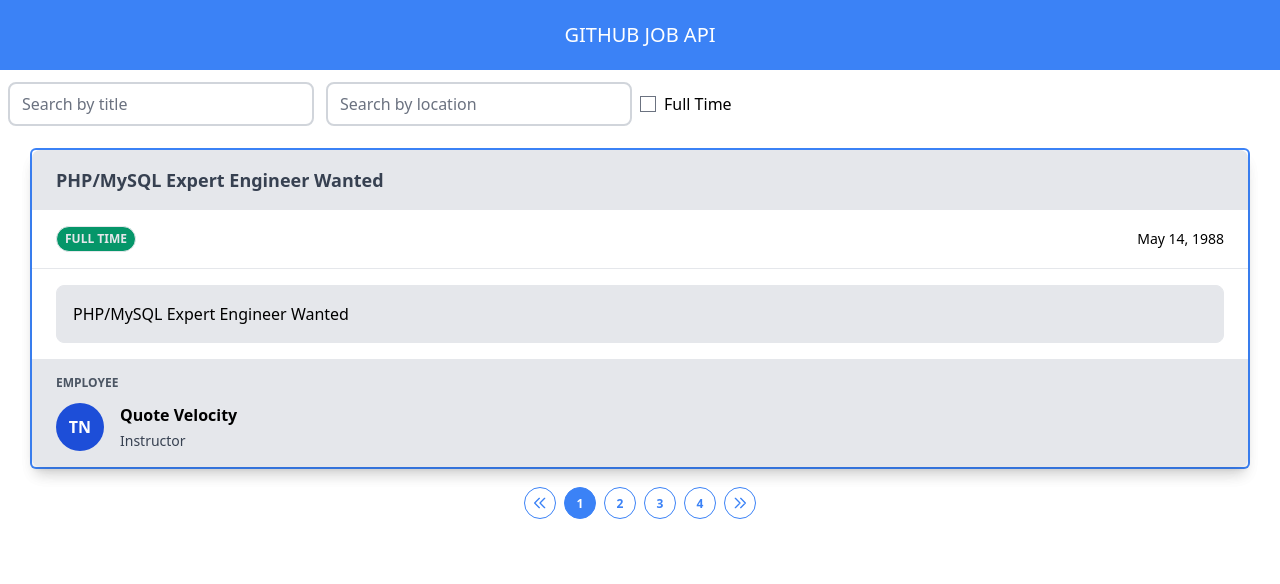
Repository: ShamroOoz/Github-job-api-React-Tailwind
Page: /
An editor plug-in stored every save of this project. The page is shown before and after the next save, followed by the edit.
The browser window is 1280 px wide. The pictures show the whole page.
The page's requests for data from a server got no answer. The project was rebuilt for these pictures with package versions that can differ from the ones it lists, and the page was loaded fresh each time. No one was signed in, and anything a server would have sent is missing. Also part of the build but not shown: craco.config.js, src/components/Spinner.js, src/components/Alert.js.

Above is the page before, as saved 2021-03-21 18:18:22.

### src/index.css
@tailwind base;
@tailwind components;
@tailwind utilities;

.text-style {
  @apply w-3/5 outline-none border-0 focus:ring-2 ring-indigo-600 border-2 border-gray-300 rounded-lg placeholder-gray-500 placeholder-opacity-100;
}

### src/App.js
import { useState } from "react";
import { useFetch } from "./components/Hooks/useFetch";
import NavBar from "./components/NavBar";
import SearchForm from "./components/SearchForm";
import Pagination from "./components/Pagination";
import Job from "./components/Reducer/Job";
import Spinner from "./components/Spinner";
import Alert from "./components/Alert";

function App() {
  const [params, setparam] = useState({});
  const [page, setpage] = useState(1);
  const { jobs, loading, error } = useFetch(params, page);

  const handleparamchange = (e) => {
    setpage(1);
    let param = e.target.name;
    let value = e.target.value;
    setparam((prevparams) => {
      return { ...prevparams, [param]: value };
    });
  };

  return (
    <>
      <NavBar />
      <SearchForm handleparamchange={handleparamchange} params={params} />
      {/* <div className="px-2">
        {loading && <Spinner />}
        {error && <Alert />}
        {jobs &&
          jobs.map((result, index) => <Job key={index} reult={result} />)}
      </div> */}
      <Job />
      <Pagination />
    </>
  );
}

export default App;

### src/components/Hooks/useFetch.js
import { useReducer, useEffect } from "react";
import axios from "axios";
import { reducer, ACTIONS } from "../Reducer/Reduce";

//
const { MAKE_REQUEST, GET_DATA, ERROR } = ACTIONS;
const BASE_URL =
  "https://secret-ocean-49799.herokuapp.com/https://jobs.github.com/positions.json";

const initialState = {
  jobs: [],
  loading: false,
  error: false,
};

export const useFetch = (params, page) => {
  const [state, dispatch] = useReducer(reducer, initialState);

  //useeffect hook to get data

  useEffect(() => {
    const cancelToken = axios.CancelToken.source();
    dispatch({ type: MAKE_REQUEST, payload: "" });
    axios
      .get(BASE_URL, {
        cancelToken: cancelToken.token,
        params: {
          markdown: true,
          page: page,
          ...params,
        },
      })
      .then((res) => {
        dispatch({ type: GET_DATA, payload: res.data });
        console.log(res.data);
      })
      .catch((err) => {
        if (axios.isCancel(err)) return;
        dispatch({ type: ERROR, payload: err });
      });
    //clean up
    return () => {
      cancelToken.cancel();
    };
  }, [page, params]);

  return state;
};

### src/components/NavBar.js
import React from "react";

const NavBar = () => {
  return (
    <nav className="relative flex flex-wrap items-center justify-center px-2 py-3 navbar-expand-lg bg-blue-500 ">
      <h2 className=" inline-block py-2 whitespace-no-wrap uppercase text-xl font-normal leading-normal  text-white">
        Github Job Api
      </h2>
    </nav>
  );
};

export default NavBar;

### src/components/SearchForm.js
import React from "react";

const SearchForm = ({ handleparamchange, params }) => {
  return (
    <form>
      <div className="grid grid-cols-2  ">
        <div className="py-3 px-2 flex space-x-3 ">
          <input
            className="text-style"
            type="text"
            placeholder={`Search by title `}
            name="description"
            value={params.description || ""}
            onChange={handleparamchange}
          />
          <input
            className="text-style"
            type="text"
            placeholder={`Search by location`}
            name="location"
            value={params.location || ""}
            onChange={handleparamchange}
          />
        </div>
        <div className="flex">
          <label className="flex items-center">
            <input
              type="checkbox"
              value={params.full_time || ""}
              onChange={handleparamchange}
            />
            <span className="ml-2">Full Time </span>
          </label>
        </div>
      </div>
    </form>
  );
};

export default SearchForm;

### src/components/Pagination.js
import React from "react";

const Pagination = () => {
  return (
    <nav className="block py-2 flex justify-center ">
      <ul className="flex pl-0 rounded list-none flex-wrap">
        <li>
          <a
            href="#pablo"
            className="first:ml-0 text-xs font-semibold flex w-8 h-8 mx-1 p-0 rounded-full items-center justify-center leading-tight relative border border-solid border-blue-500 bg-white text-blue-500"
          >
            <svg
              xmlns="http://www.w3.org/2000/svg"
              fill="none"
              viewBox="0 0 24 24"
              stroke="currentColor"
              className="w-4"
            >
              <path
                strokeLinecap="round"
                strokeLinejoin="round"
                strokeWidth="2"
                d="M11 19l-7-7 7-7m8 14l-7-7 7-7"
              />
            </svg>
          </a>
        </li>
        <li>
          <a
            href="#pablo"
            className="first:ml-0 text-xs font-semibold flex w-8 h-8 mx-1 p-0 rounded-full items-center justify-center leading-tight relative border border-solid border-blue-500 text-white bg-blue-500"
          >
            1
          </a>
        </li>
        <li>
          <a
            href="#pablo"
            className="first:ml-0 text-xs font-semibold flex w-8 h-8 mx-1 p-0 rounded-full items-center justify-center leading-tight relative border border-solid border-blue-500 bg-white text-blue-500"
          >
            2
          </a>
        </li>
        <li>
          <a
            href="#pablo"
            className="first:ml-0 text-xs font-semibold flex w-8 h-8 mx-1 p-0 rounded-full items-center justify-center leading-tight relative border border-solid border-blue-500 bg-white text-blue-500"
          >
            3
          </a>
        </li>
        <li>
          <a
            href="#pablo"
            className="first:ml-0 text-xs font-semibold flex w-8 h-8 mx-1 p-0 rounded-full items-center justify-center leading-tight relative border border-solid border-blue-500 bg-white text-blue-500"
          >
            4
          </a>
        </li>

        <li>
          <a
            href="#pablo"
            className="first:ml-0 text-xs font-semibold flex w-8 h-8 mx-1 p-0 rounded-full items-center justify-center leading-tight relative border border-solid border-blue-500 bg-white text-blue-500"
          >
            <svg
              xmlns="http://www.w3.org/2000/svg"
              fill="none"
              viewBox="0 0 24 24"
              stroke="currentColor"
              className="w-4"
            >
              <path
                strokeLinecap="round"
                strokeLinejoin="round"
                strokeWidth="2"
                d="M13 5l7 7-7 7M5 5l7 7-7 7"
              />
            </svg>
          </a>
        </li>
      </ul>
    </nav>
  );
};

export default Pagination;

### src/components/Reducer/Job.js
import React from "react";

const Job = (props) => {
  return (
    <div className="flex shadow-lg ring-2 ring-blue-500 mx-8 my-3 rounded">
      <div className="w-full flex flex-col bg-white shadow-lg rounded-lg overflow-hidden">
        <div className="bg-gray-200 text-gray-700 text-lg px-6 py-4 font-bold">
          PHP/MySQL Expert Engineer Wanted
        </div>

        <div className="flex justify-between items-center px-6 py-4">
          <div className="bg-green-600 text-xs uppercase px-2 py-1 rounded-full border border-gray-200 text-gray-200 font-bold">
            Full Time
          </div>
          <div className="text-sm">May 14, 1988</div>
        </div>

        <div className="px-6 py-4 border-t border-gray-200">
          <div className="border rounded-lg p-4 bg-gray-200">
            PHP/MySQL Expert Engineer Wanted
          </div>
        </div>

        <div className="bg-gray-200 px-6 py-4 flex">
          <div>
            <div className="uppercase text-xs text-gray-600 font-bold">
              Employee
            </div>
            <div className="flex items-center pt-3">
              <div className="bg-blue-700 w-12 h-12 flex justify-center items-center rounded-full uppercase font-bold text-white">
                TN
              </div>
              <div className="ml-4">
                <p className="font-bold">Quote Velocity</p>
                <p className="text-sm text-gray-700 mt-1">Instructor</p>
              </div>
            </div>
          </div>
        </div>
      </div>
    </div>
  );
};

export default Job;

### src/components/Reducer/Reduce.js
export const ACTIONS = {
  MAKE_REQUEST: "MAKE_REQUEST",
  GET_DATA: "GET_DATA",
  ERROR: "ERROR",
};

export const reducer = (state, action) => {
  switch (action.type) {
    case ACTIONS.MAKE_REQUEST:
      return { ...state, loading: true };
    case ACTIONS.GET_DATA:
      return {
        ...state,
        loading: false,
        jobs: action.payload,
      };
    case ACTIONS.ERROR:
      return { ...state, error: true };
    default:
      return state;
  }
};

Loaded but not shown: public/index.html (common file); src/index.js (common file); tailwind.config.js (common file)

After the next save:
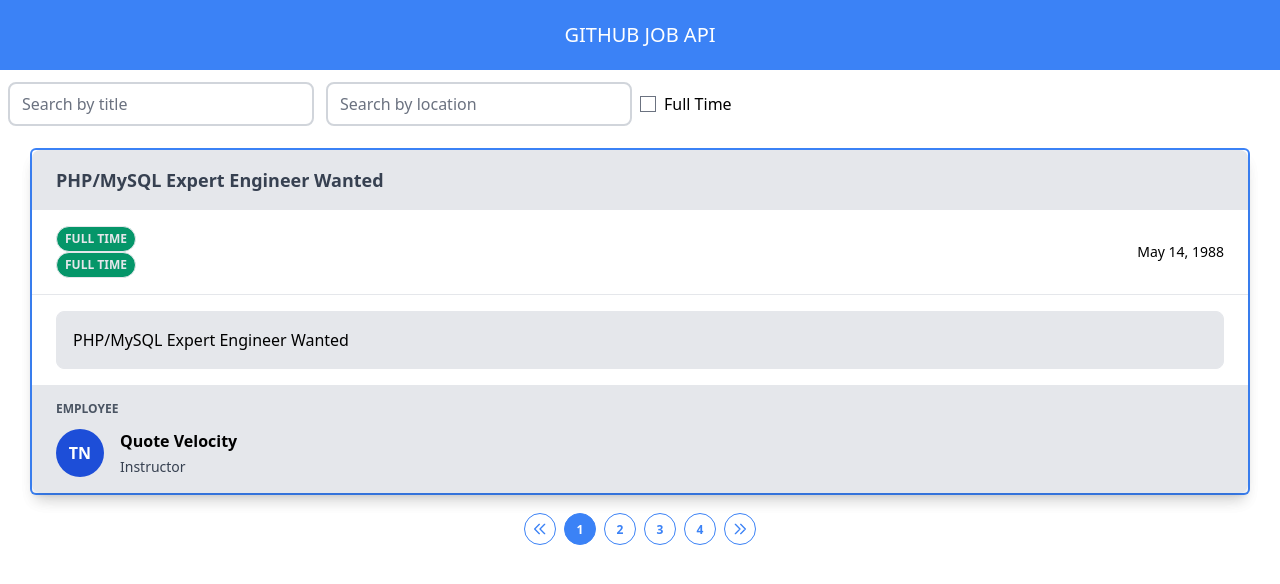
Saved 94 s later.
--- a/src/components/Reducer/Job.js
+++ b/src/components/Reducer/Job.js
@@ -9,8 +9,13 @@
         </div>
 
         <div className="flex justify-between items-center px-6 py-4">
-          <div className="bg-green-600 text-xs uppercase px-2 py-1 rounded-full border border-gray-200 text-gray-200 font-bold">
-            Full Time
+          <div>
+            <div className="bg-green-600 text-xs uppercase px-2 py-1 rounded-full border border-gray-200 text-gray-200 font-bold">
+              Full Time
+            </div>
+            <div className="bg-green-600 text-xs uppercase px-2 py-1 rounded-full border border-gray-200 text-gray-200 font-bold">
+              Full Time
+            </div>
           </div>
           <div className="text-sm">May 14, 1988</div>
         </div>

After the save that followed:
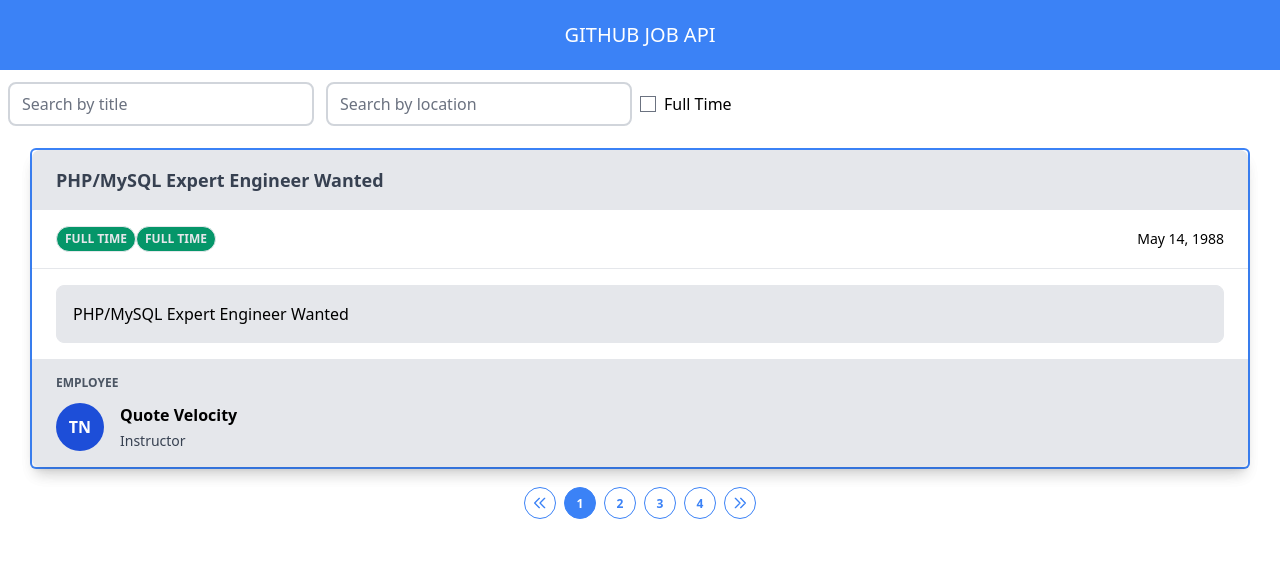
Saved 16 s later.
--- a/src/components/Reducer/Job.js
+++ b/src/components/Reducer/Job.js
@@ -9,7 +9,7 @@
         </div>
 
         <div className="flex justify-between items-center px-6 py-4">
-          <div>
+          <div className="flex ">
             <div className="bg-green-600 text-xs uppercase px-2 py-1 rounded-full border border-gray-200 text-gray-200 font-bold">
               Full Time
             </div>
